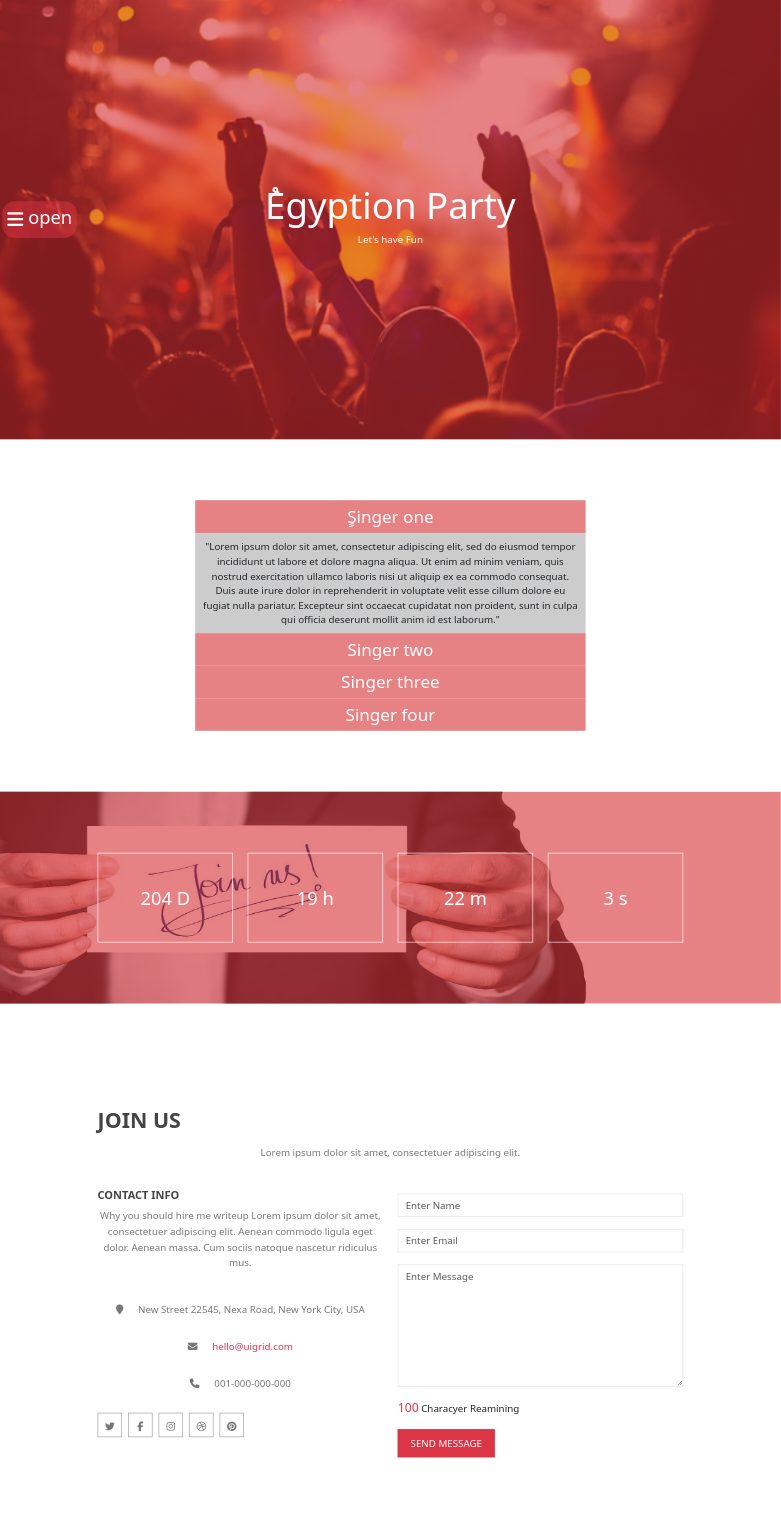
Repository: HagarYousry/jQuery
Page: index.html
An editor plug-in stored every save of this project. The page is shown before and after the next save, followed by the edit.
The browser window is 1280 px wide. The pictures show the whole page, at 61% of full size.

Above is the page before, as saved 2024-07-25 17:58:25.

After the next save:
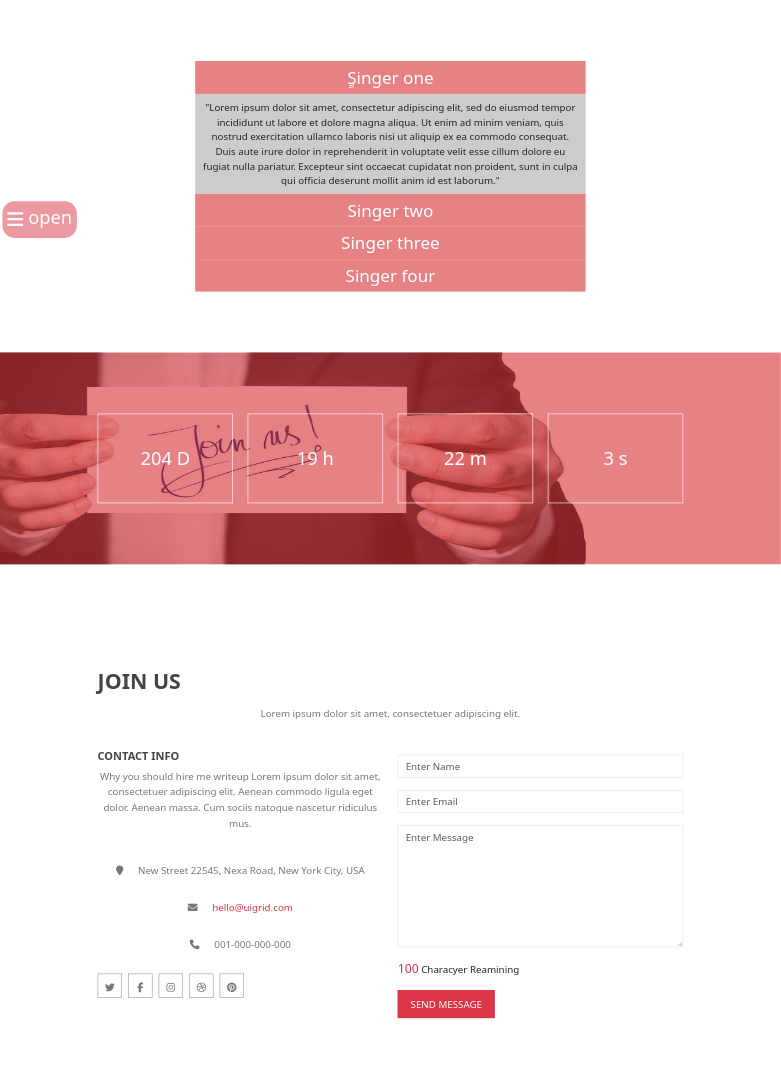
Saved 4 s later.
--- a/index.html
+++ b/index.html
@@ -39,12 +39,12 @@
     <!--! end sideNav section -->
 
     <!--! start header section  -->
-    <header id="home" class="d-flex justify-content-center align-items-center flex-column">
+    <!-- <header id="home" class="d-flex justify-content-center align-items-center flex-column">
         <div class="home-content text-center text-white">
             <h1>ُEgyption Party</h1>
             <p>Let's have Fun</p>
         </div>
-    </header>
+    </header> -->
     <!--! end header section  -->
 
     <!-- start Acordion section  -->
